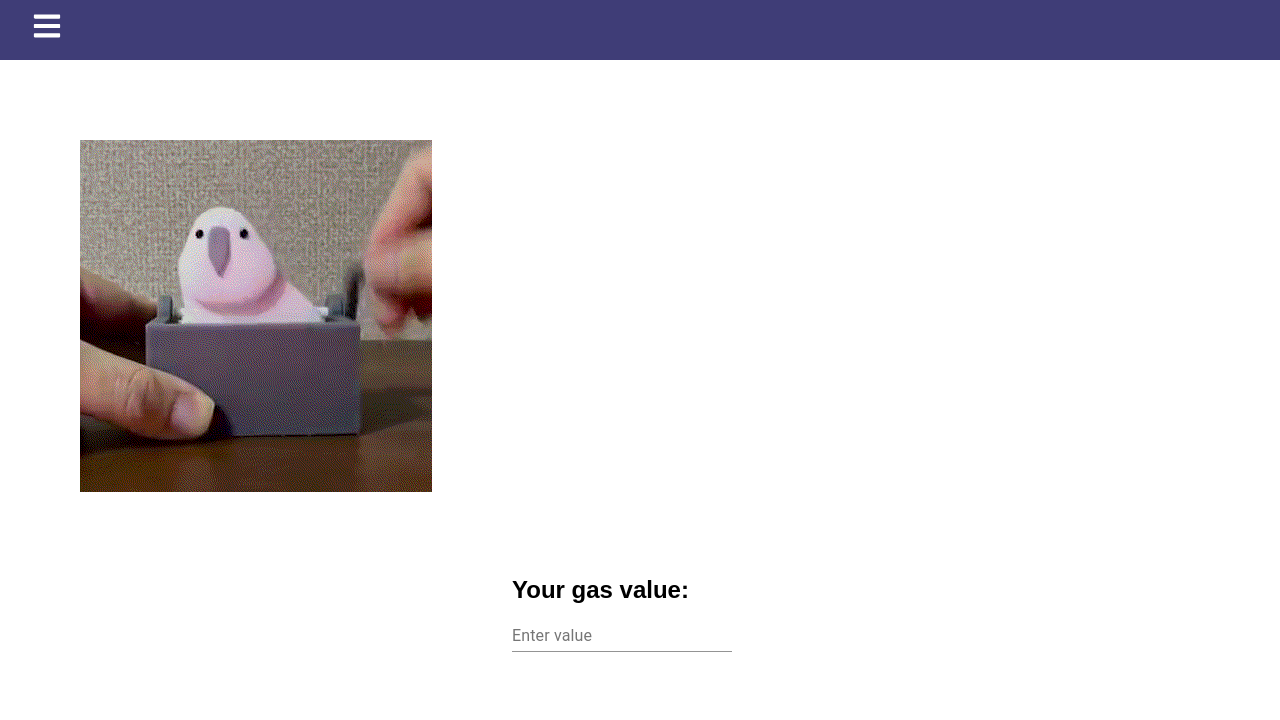
Repository: dcutalo/GasPal
Page: / (app in client/)
The author's editor kept a copy of each file at every save. The page is drawn from the files as they stood at one save, then again after the next save.
The browser window is 1280 px wide. The pictures show the whole page.
Some web fonts or font styles are not loaded; a fallback is used. The project was rebuilt for these pictures with package versions that can differ from the ones it lists, and the page was loaded fresh each time. Also part of the build but not shown: client/src/pages/triphistory.js, client/src/pages/gasefficiencyreports.js, client/src/pages/userprofile.js.

Above is the page before, as saved 2021-10-08 09:49:18.

### client/src/App.js
import React from 'react';
import './App.css';
import Sidebar from './components/Sidebar';
import { BrowserRouter as Router, Switch, Route} from 'react-router-dom';
import Home from './pages/home';
import TripHistory from './pages/triphistory';
import Reports from './pages/gasefficiencyreports';
import UserProfile from './pages/userprofile';


function App() {
  return (
    <Router>
      <Sidebar />
      <Switch>
        <Route path = '/' exact component={Home}/>
        <Route path = '/triphistory' component={TripHistory}/>
        <Route path = '/gasefficiencyreports' component={Reports}/>
        <Route path = '/userprofile' component={UserProfile}/>
      </Switch>
    </Router>
  );
}

export default App;

### client/src/App.css
@import url(https://fonts.googleapis.com/css2?family=Gluten&display=swap);

* {
  box-sizing: border-box;
  margin: 0;
  padding: 0;
  font-family: 'Latp', sans-serif;
}

.home, .gasefficiencyreports, .triphistory, .userprofile {
  display: flex;
  height: 90vh;
  align-items: center;
  justify-content: center;
  font-size: 3rem;
}

### client/src/components/Sidebar.js
import React, {useState} from 'react'
import * as FaIcons from "react-icons/fa";
import * as AiIcons from "react-icons/ai";
import { Link } from 'react-router-dom';
import { SidebarData } from './Sidebardata';
import './Sidebar.css';
import { IconContext } from 'react-icons'

function Sidebar() {
    const [sidebar, setSidebar] = useState(false)

    const showSidebar = () => setSidebar(!sidebar)

    return (
        <>
        <IconContext.Provider value={{size: '30px', className:"icons"}}>
            <div className ="sidebar">
                <Link to="#" className='menu-bars'>
                    <FaIcons.FaBars onClick={showSidebar} />
                </Link>
            </div>

            <nav className={sidebar ? 'side-menu active' : 'side-menu'}>
                <ul className='side-menu-items'>
                    <li className="sidebar-toggle">
                        <Link to="#" className='menu-bars' onClick={showSidebar}>
                            <AiIcons.AiOutlineClose />
                        </Link>
                    </li>

                    {SidebarData.map((item,index) => {
                        return (

                            <li key={index} className={item.cName}>
                                <Link to={item.path}>
                                    {item.icon}
                                    <span>{item.title}</span>
                                </Link>
                            </li>

                        );
                    })}

                </ul>
            </nav>

        </IconContext.Provider>
        </>
    )
}

export default Sidebar

### client/src/pages/home.js
import React, { useState } from "react";
import TextField from "@material-ui/core/TextField";
import gif from '../1f8f36ae39d05387.gif';
import '../App.css'

const Home = () => {
  const [a, setName] = useState("");

  return (
    <div>
    <img src={gif} style={{padding: 80, justifyContent: 'center',alignItems: 'center'}}/>

    <div
          style={{ marginLeft: "40%",}}
      >
          <h2>Your gas value:</h2>
          <TextField
              value={a}
              label="Enter value"
              onChange={(e) => {
                  setName(e.target.value);
              } } />
          <h3>{a}</h3>
      </div>
    </div>
  );
};

export default Home;

### client/src/components/Sidebardata.js
import React from 'react'
import * as AiIcons from "react-icons/ai";
import * as CgIcons from "react-icons/cg";
import * as HiIcons from "react-icons/hi";

export const SidebarData = [
    {
        title: 'Home',
        path: '/',
        icon: <AiIcons.AiFillHome />,
        cName: 'side-text'
    },
    {
        title: 'Gas Efficiency Reports',
        path: '/gasefficiencyreports',
        icon: <HiIcons.HiDocumentReport />,
        cName: 'side-text'
    },
    {
        title: 'Trip History',
        path: '/triphistory',
        icon: <AiIcons.AiOutlineHistory />,
        cName: 'side-text'
    },
    {
        title: 'User Profile',
        path: '/userprofile',
        icon: <CgIcons.CgProfile />,
        cName: 'side-text'
    }
]

### client/src/components/Sidebar.css
.sidebar {
    background-color: #3f3d77;
    height: 60px;
    display: flex;
    justify-content: start;
    align-items: center;
}

.menu-bars {
    margin-left: 2rem;
    font-size: 2rem;
    background: none;
    color:rgb(255, 255, 255)
}

.side-menu {
    background-color: #3f3d77;
    width: 300px;
    height: 120vh;
    display: flex;
    justify-content: center;
    position: fixed;
    top: 0;
    left: -100%;
    transition: 850ms;
}

.side-menu.active {
    left: 0;
    transition: 350ms;
}

.side-text {
    display: flex;
    justify-content: center;
    align-items: center;
    padding: 8px 0px 8px 16px;
    list-style: none;
    height: 60px;
}

.side-text a {
    text-decoration: none;
    color: rgb(255, 255, 255);
    font-size: 18px;
    width: 95%;
    height: 100%;
    display: flex;
    align-items: center;
    border-radius: 4px;
}

.side-text a:hover {
    background-color: #d0a3eb;
    color: black;
}

.side-menu-items {
    width: 100%;
}

.sidebar-toggle {
    background-color: #24234b;
    width: 100%;
    height: 60px;
    display: flex;
    justify-content: start;
    align-items: center;
}

span{
    margin-left: 16px;
}

Loaded but not shown: client/public/index.html (common file); client/src/index.js (common file)

After the next save:
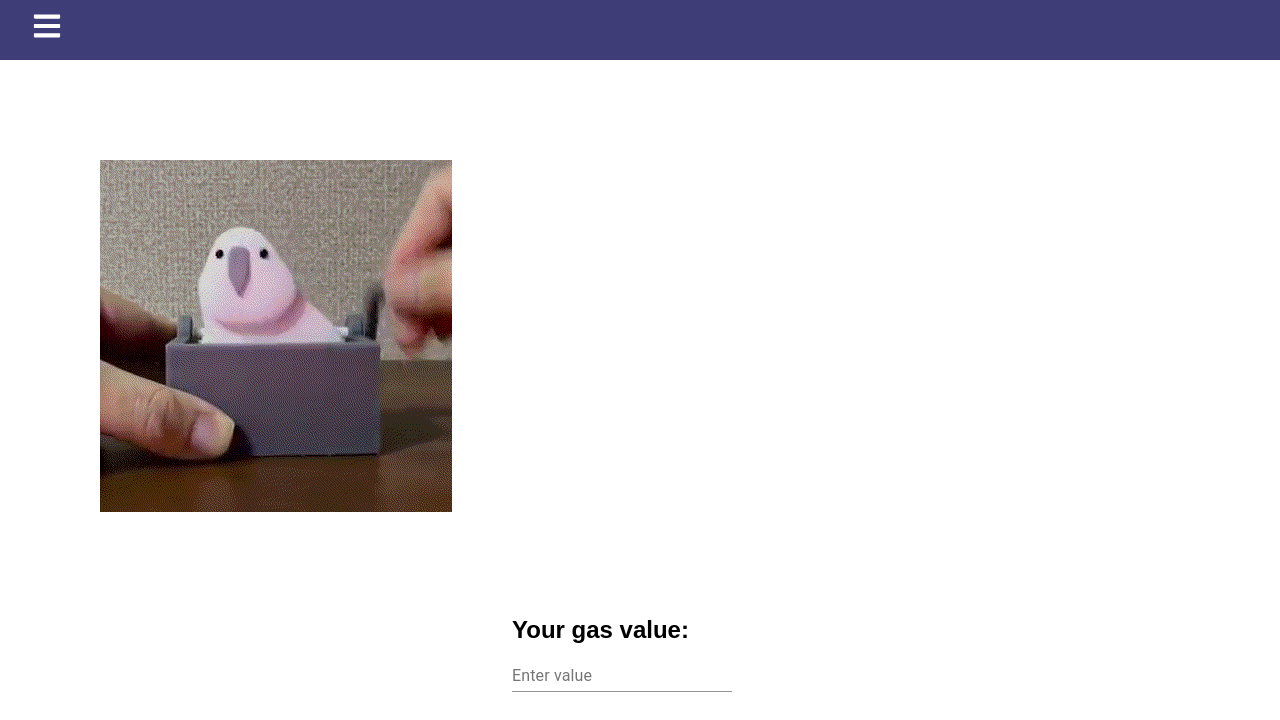
Saved 9 min 16 s later.
--- a/client/src/pages/home.js
+++ b/client/src/pages/home.js
@@ -8,7 +8,7 @@ const Home = () => {
 
   return (
     <div>
-    <img src={gif} style={{padding: 80, justifyContent: 'center',alignItems: 'center'}}/>
+    <img src={gif} style={{padding: 100, justifyContent: 'center',alignItems: 'center'}}/>
 
     <div
           style={{ marginLeft: "40%",}}
